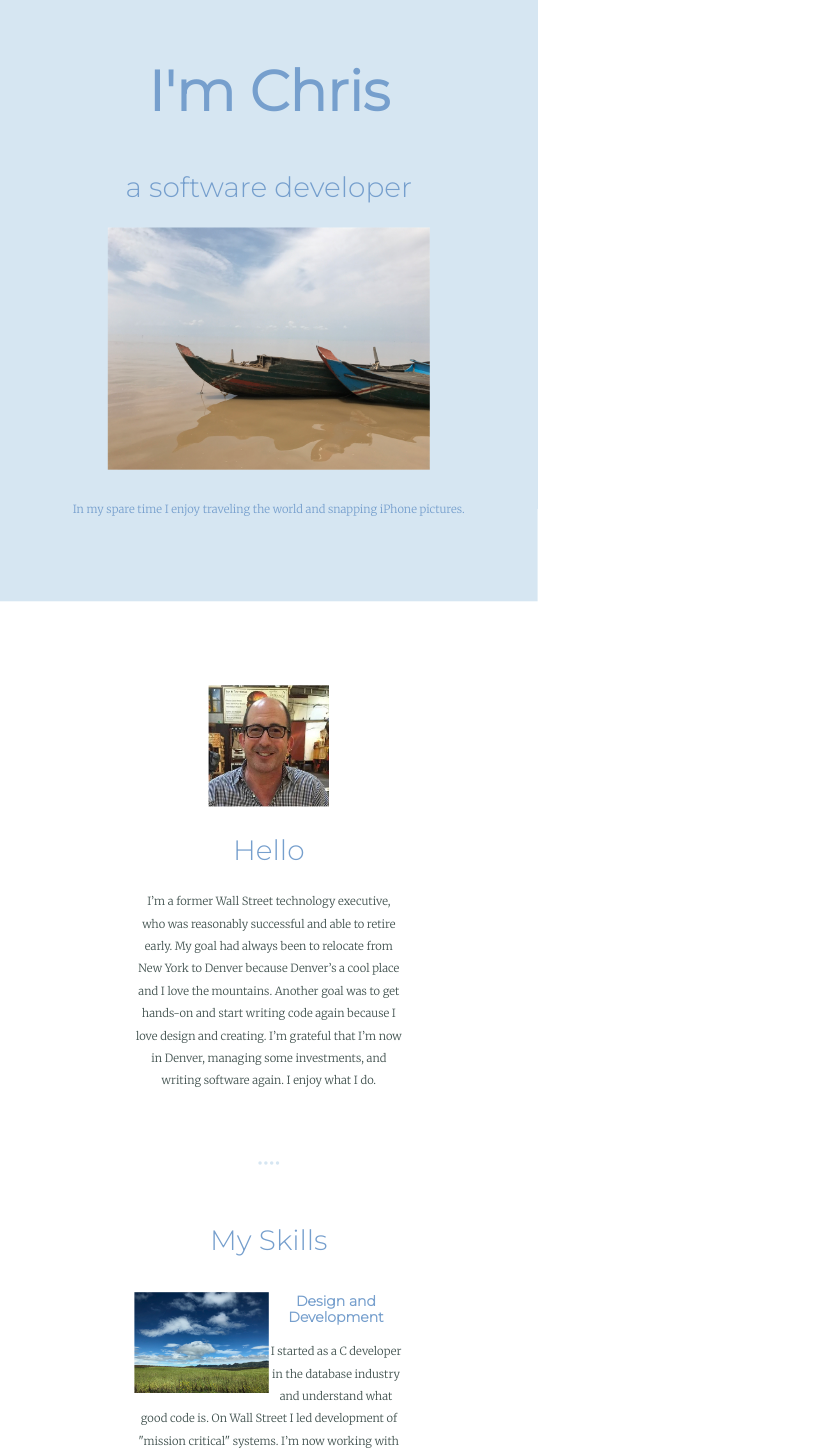
Repository: EpiTao-LLC/Personal_web_page
Page: index.html
The author's editor kept a copy of each file at every save. The page is drawn from the files as they stood at one save, then again after the next save.
The browser window is 768 px wide. The page is 768 px wide, then 1168 px, then 768 px, so the pictures cover 1168 px, including what lies to the right of the window. The pictures show the part of the page from y = 0 to 2080 px (the page is 3584 px tall before and 3572 px after), at 70% of full size.

Above is the page before, as saved 2020-08-30 16:05:51.

After the next save:
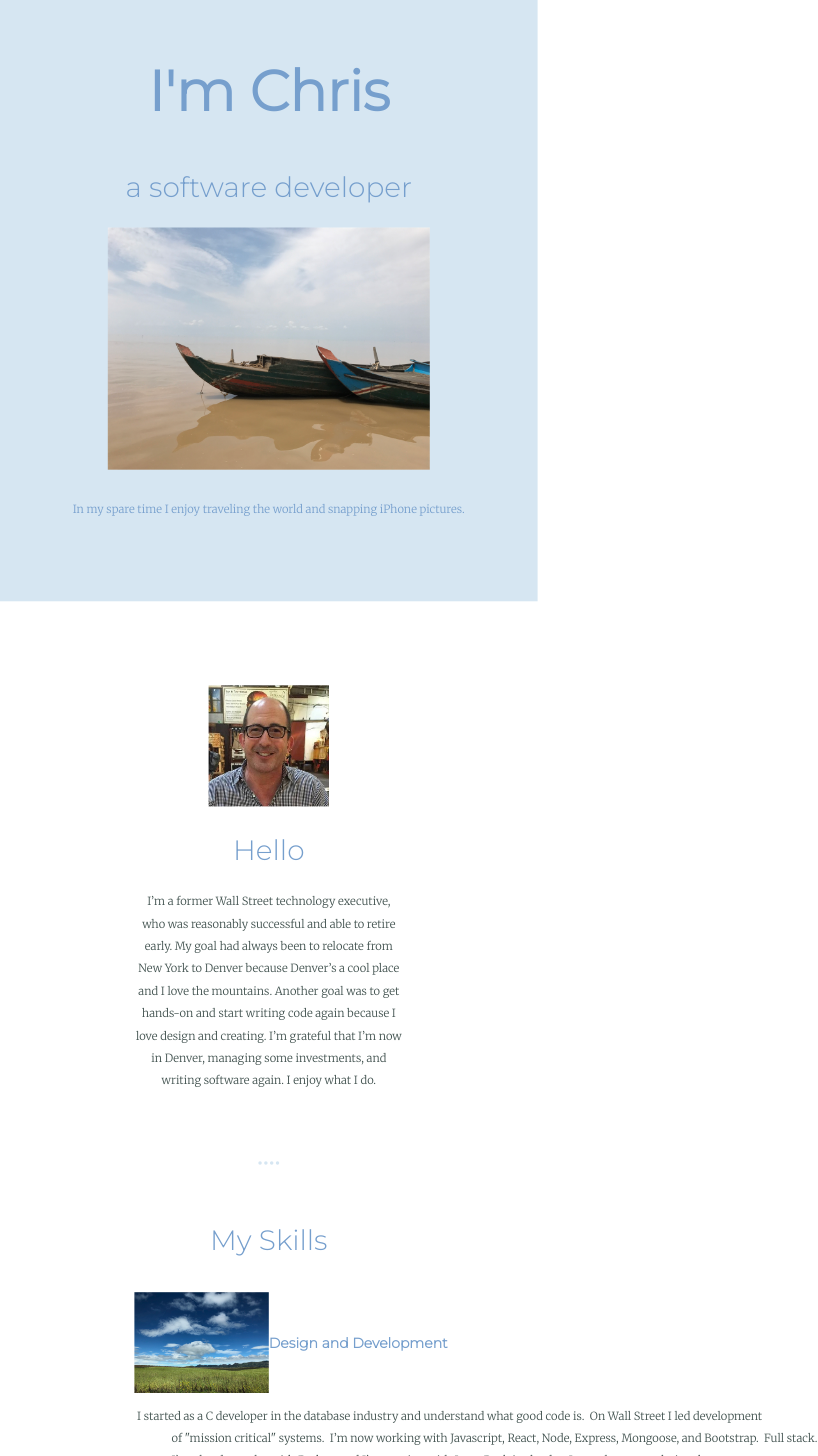
Saved 21 s later.
--- a/css/styles.css
+++ b/css/styles.css
@@ -181,8 +181,8 @@
     }
     .for-mobile {
         display: block;
-        /* content: '\a';
-        white-space: pre; */
+        content: '\a';
+        white-space: pre;
     }
     .skills-img-1 {
         display: block;

After the save that followed:
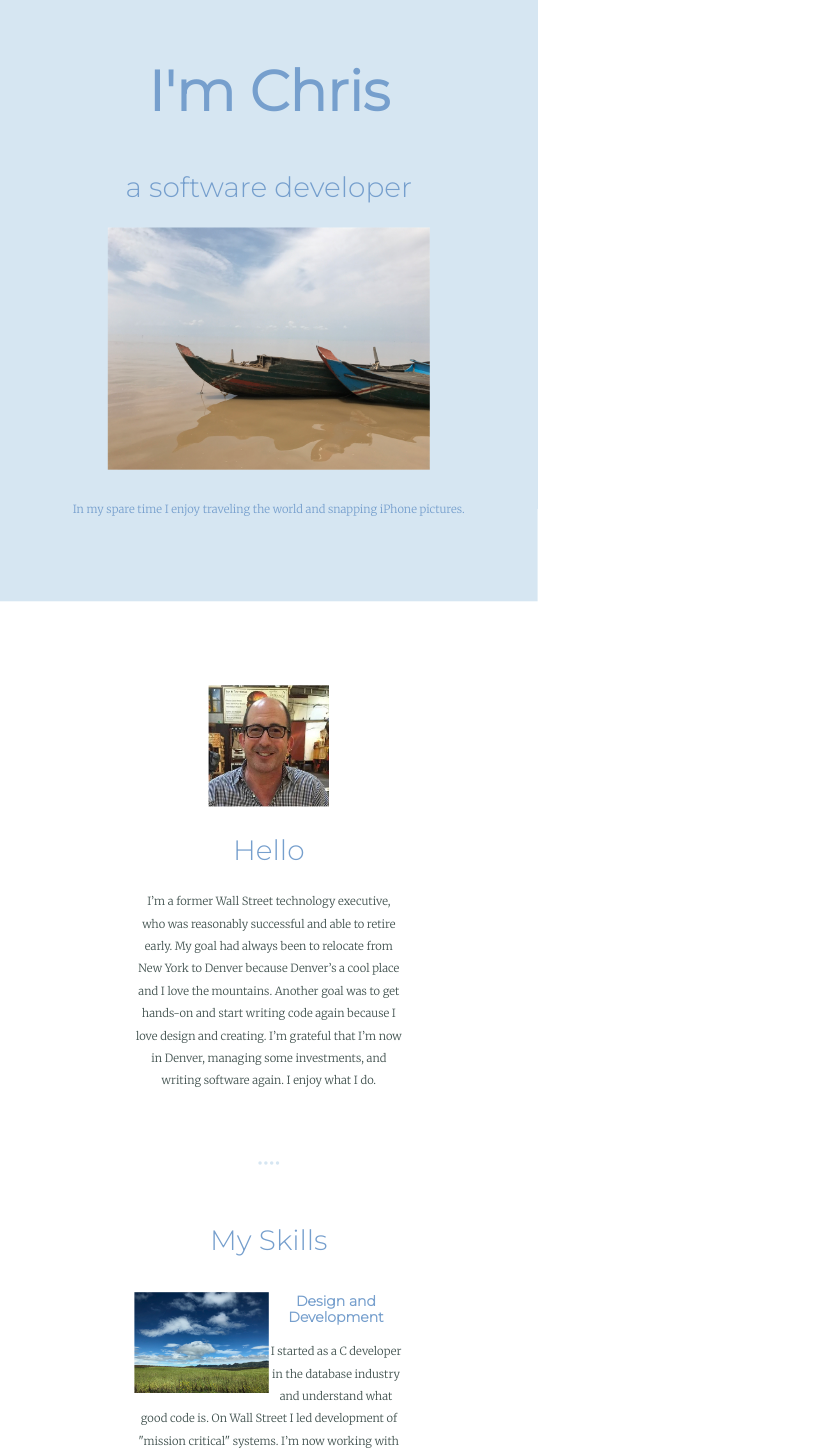
Saved 26 s later.
--- a/css/styles.css
+++ b/css/styles.css
@@ -181,8 +181,8 @@
     }
     .for-mobile {
         display: block;
-        content: '\a';
-        white-space: pre;
+        /* content: '\a';
+        white-space: pre; */
     }
     .skills-img-1 {
         display: block;
